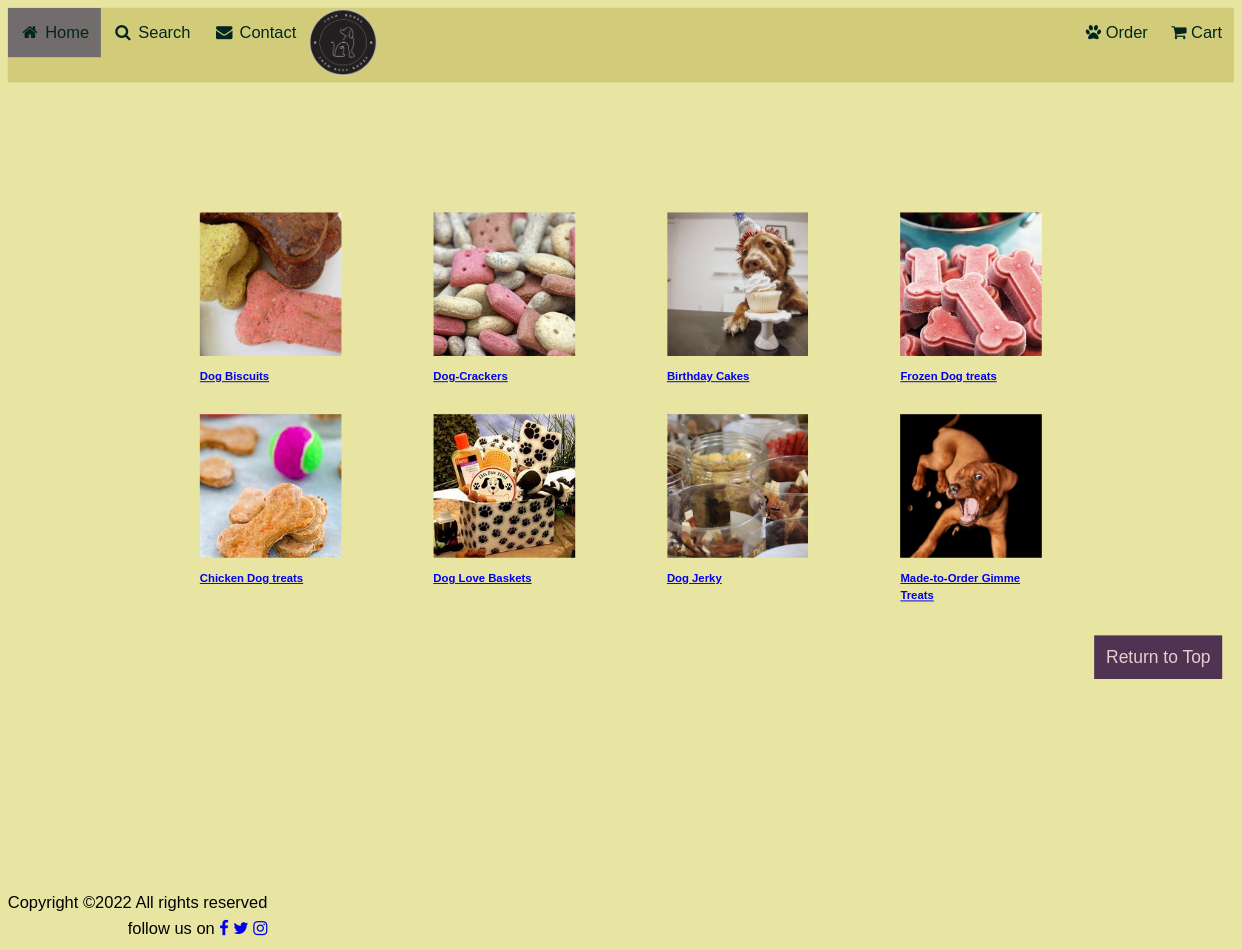
Repository: vgoins-RA2022/HTML-1
Page: index.html
These files come from the project's save history. The page is drawn as it stood at one moment and after the next save; the edit follows.
The browser window is 1280 px wide. The pictures show the whole page, at 97% of full size.

Above is the page before, as saved 2023-01-21 20:28:20.

After the next save:
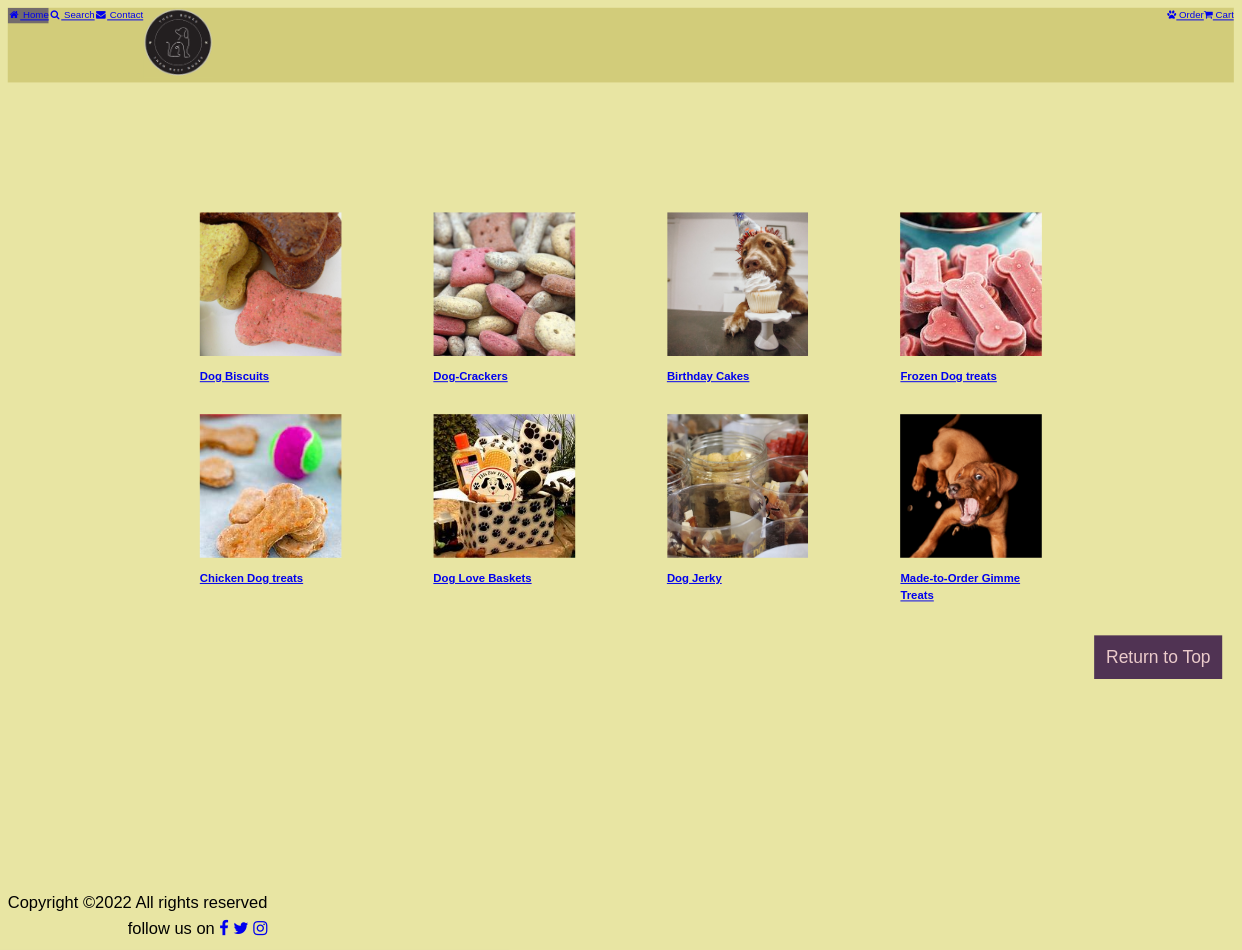
Saved 71 s later.
--- a/src/css/Style.css
+++ b/src/css/Style.css
@@ -17,15 +17,6 @@
   background-color:#d2cc7a;
 }
 
-/* style the navigation bar */
-.navbar a {
-float: left;
-padding-top: 70px;
-padding: 12px;
-color: #02261d;
-text-decoration: none;
-font-size: 17px;
-}
 /* set the size of the images */
 img {
   width: 400px;

After the save that followed:
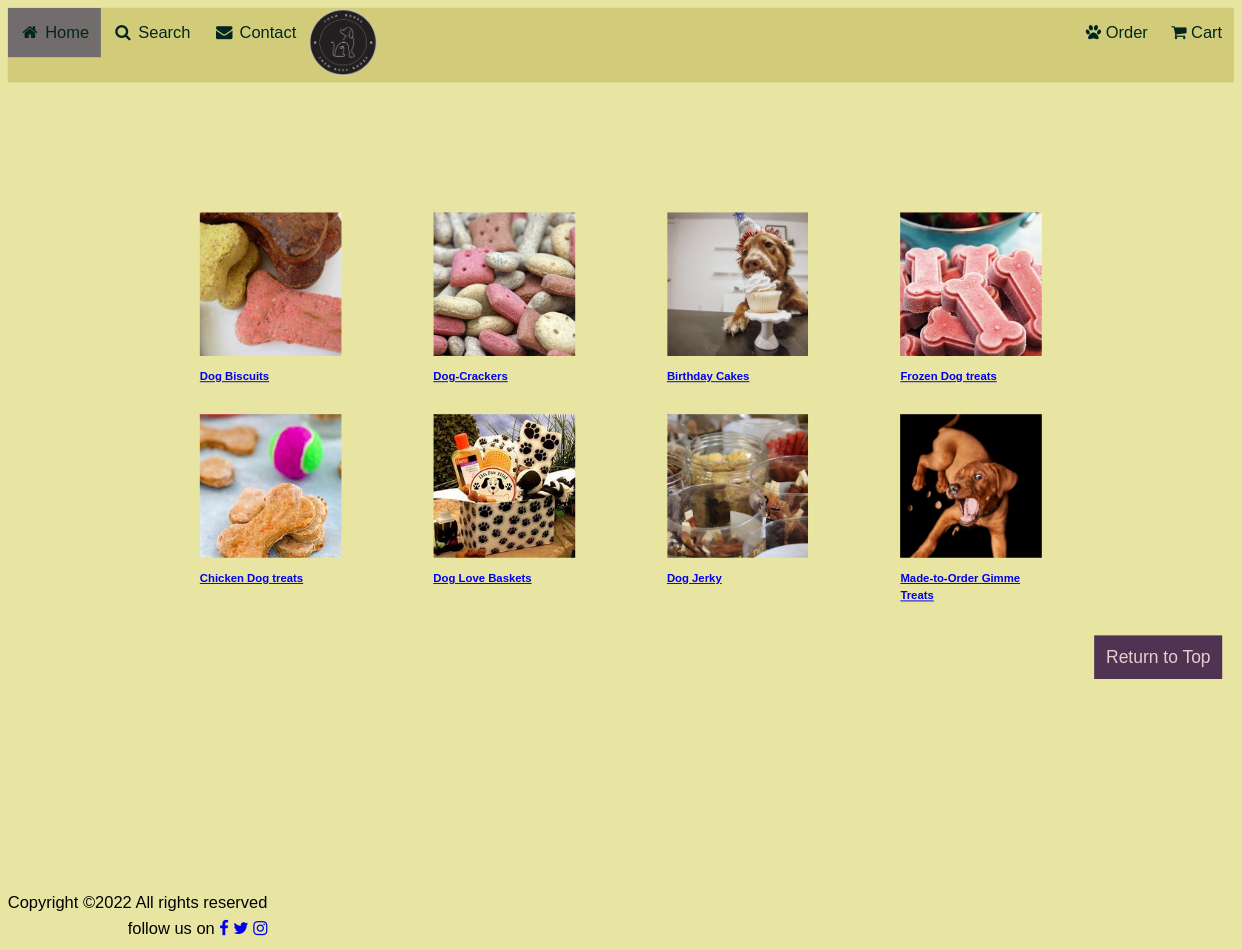
Saved 24 s later.
--- a/src/css/Style.css
+++ b/src/css/Style.css
@@ -17,6 +17,15 @@
   background-color:#d2cc7a;
 }
 
+/* style the navigation bar */
+.navbar a {
+float: left;
+padding-top: 70px;
+padding: 12px;
+color: #02261d;
+text-decoration: none;
+font-size: 17px;
+}
 /* set the size of the images */
 img {
   width: 400px;
